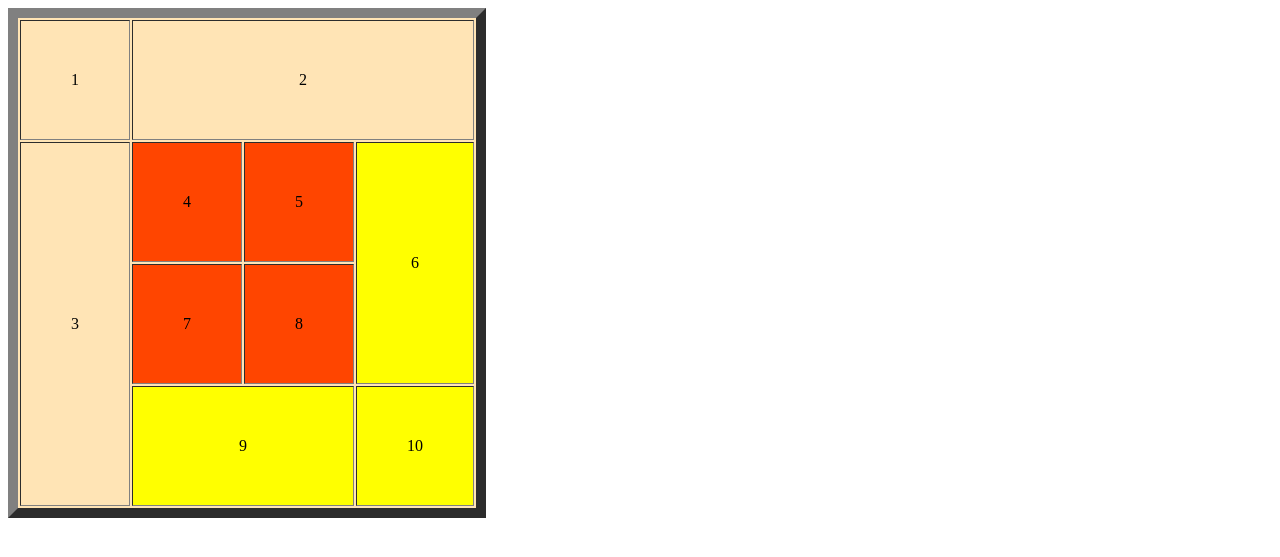
Repository: watermelonfee/HTCNWEB
Page: HTML/Tuan01/BT06/BT06a.html
The author's editor kept a copy of each file at every save. The page is drawn from the files as they stood at one save, then again after the next save.
The browser window is 1280 px wide. The pictures show the whole page.

Above is the page before, as saved 2023-02-23 21:43:53.

### HTML/Tuan01/BT06/BT06a.html
<!DOCTYPE html>
<html lang="en">
<head>
    <meta charset="UTF-8">
    <meta http-equiv="X-UA-Compatible" content="IE=edge">
    <meta name="viewport" content="width=device-width, initial-scale=1.0">
    <title>Document</title>
</head>
<style>
    th,td{
        padding: 50px;
    }
    th, td {
        text-align: center;
    }
</style>
<body>
    <table border= 10px solid bgcolor="Moccasin">
        <tr>
            <td id="ID-1">1</td>
            <td colspan="4">2</td>
        </tr>
        <tr>
            <td id="ID-3"rowspan="3">3</td>
            <td id="ID-4" bgcolor="orangered">4</td>
            <td id="ID-5"bgcolor="orangered">5</td>
            <td id="ID-6" bgcolor="yellow" colspan="2" rowspan="2">6</td>
        </tr>
        <tr>
            <td id="ID-7"bgcolor="orangered">7</td>
            <td id="ID-8"bgcolor="orangered">8</td>
        </tr>
        <tr>
            <td id="ID-9" bgcolor="yellow"colspan="2">9</td>
            <td id="ID-10"bgcolor="yellow"colspan="2">10</td>
        </tr>
    </table>
</body>
</html>

After the next save:
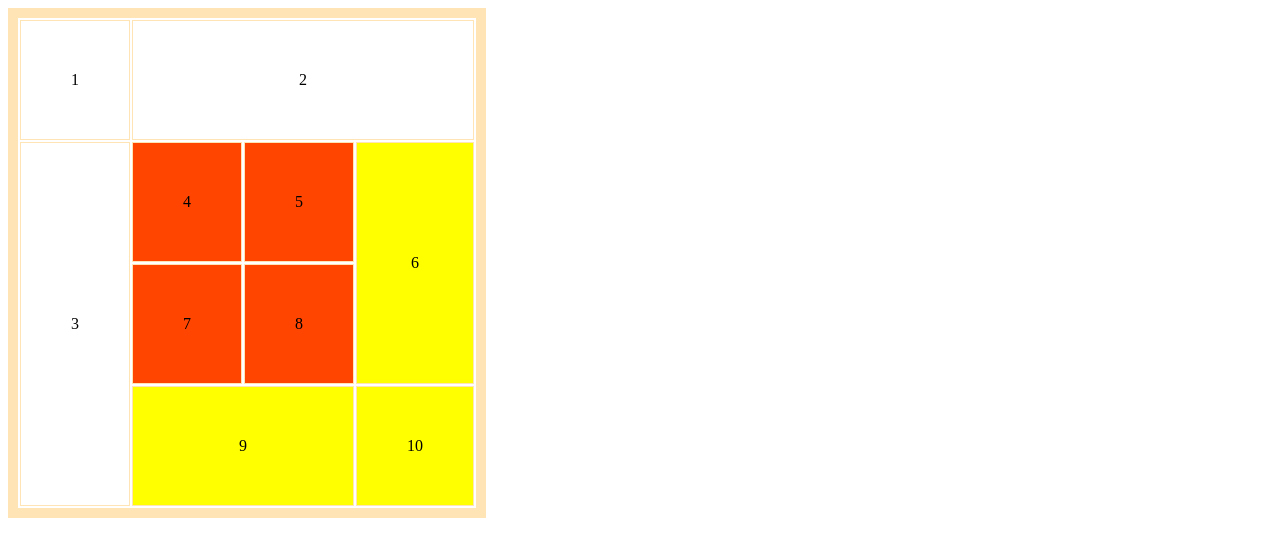
Saved 22 s later.
--- a/HTML/Tuan01/BT06/BT06a.html
+++ b/HTML/Tuan01/BT06/BT06a.html
@@ -15,7 +15,7 @@
     }
 </style>
 <body>
-    <table border= 10px solid bgcolor="Moccasin">
+    <table border= 10px solid bordercolor="Moccasin">
         <tr>
             <td id="ID-1">1</td>
             <td colspan="4">2</td>
